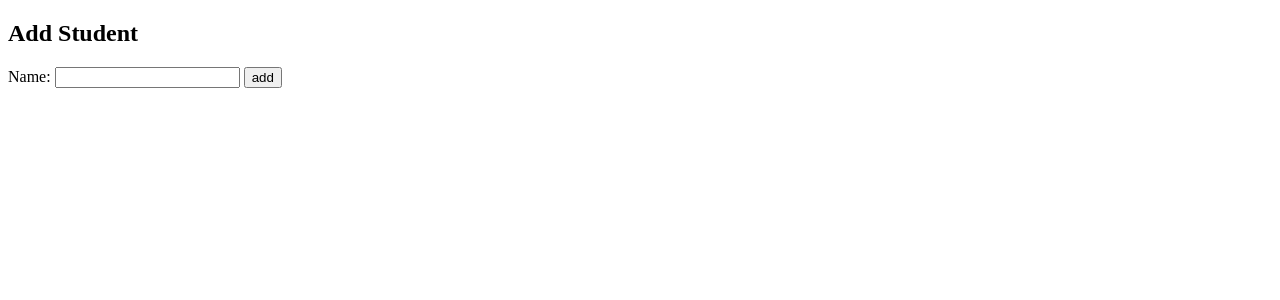
Repository: ardipatengko/j2ee-servlet
Page: http://localhost/SampleServer/Servlet2
An editor plug-in stored every save of this project. The page is shown before and after the next save, followed by the edit.
The browser window is 1280 px wide. The pictures show the whole page.
The page is served by Tomcat 9.

Above is the page before, as saved 2017-04-21 02:41:07.

After the next save:
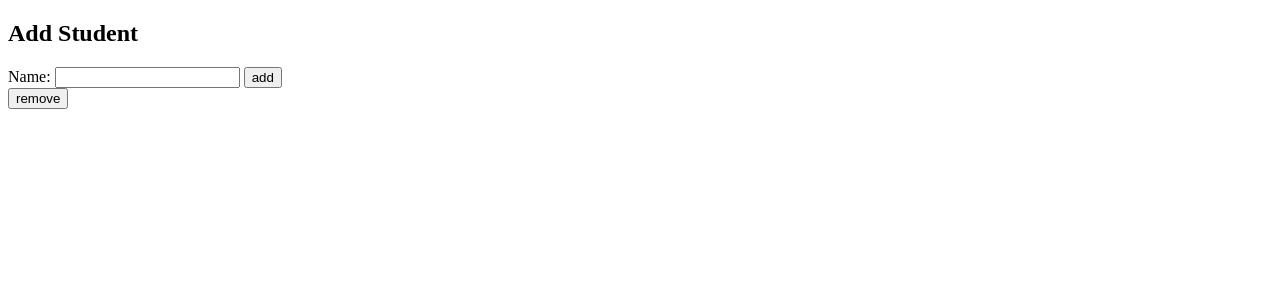
Saved 2 min 27 s later.
--- a/project4-exercise/SampleServer/WebContent/hello.jsp
+++ b/project4-exercise/SampleServer/WebContent/hello.jsp
@@ -16,6 +16,10 @@
 	<input type="text" name="name"/>
 	<input type="submit" value="add" />
 </form>
+<form action="Servlet2" method="delete">
+			<input type="submit" value="remove"/>
+		</p>
+	</form>
 
 <% int count = 1; %>
 <% for(String data : (ArrayList<String>) session.getAttribute("list")) { %>

After the 2 saves that followed:
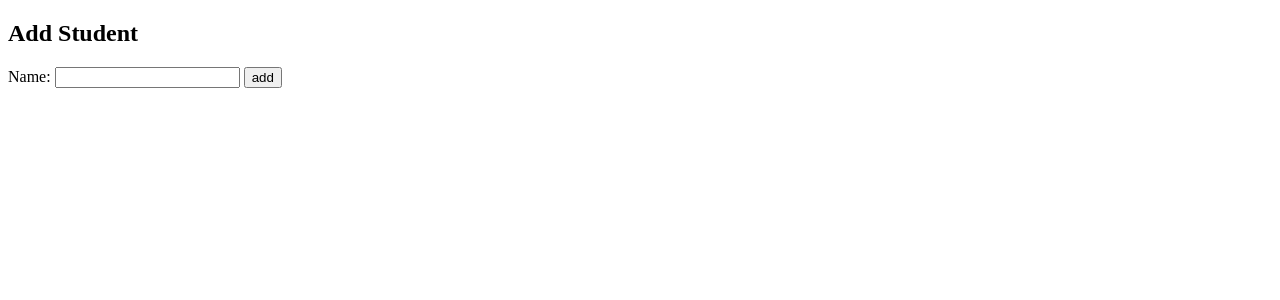
The 2 saves are shown as one change because 1 left the picture as it was.
The last was saved 3 min 58 s later.
--- a/project4-exercise/SampleServer/WebContent/hello.jsp
+++ b/project4-exercise/SampleServer/WebContent/hello.jsp
@@ -16,10 +16,6 @@
 	<input type="text" name="name"/>
 	<input type="submit" value="add" />
 </form>
-<form action="Servlet2" method="delete">
-			<input type="submit" value="remove"/>
-		</p>
-	</form>
 
 <% int count = 1; %>
 <% for(String data : (ArrayList<String>) session.getAttribute("list")) { %>
